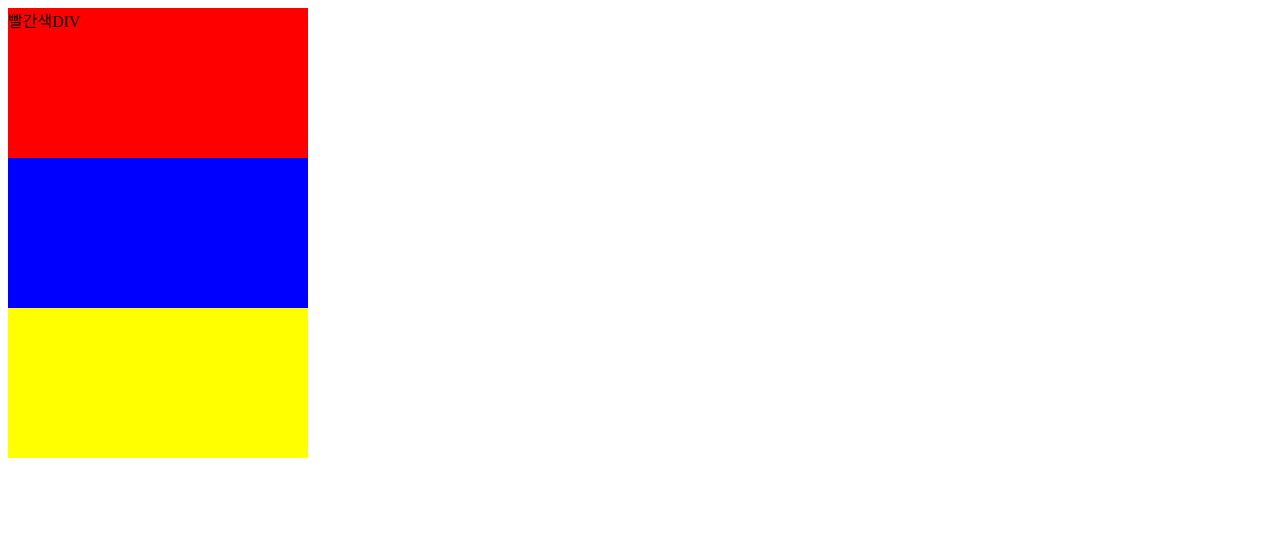
Repository: dron512/jspsogo
Page: http://localhost/ex0316/d.jsp
The author's editor kept a copy of each file at every save. The page is drawn from the files as they stood at one save, then again after the next save.
The browser window is 1280 px wide. The pictures show the whole page.
The page is served by Tomcat 9.

Above is the page before, as saved 2022-03-16 07:02:19.

After the next save:
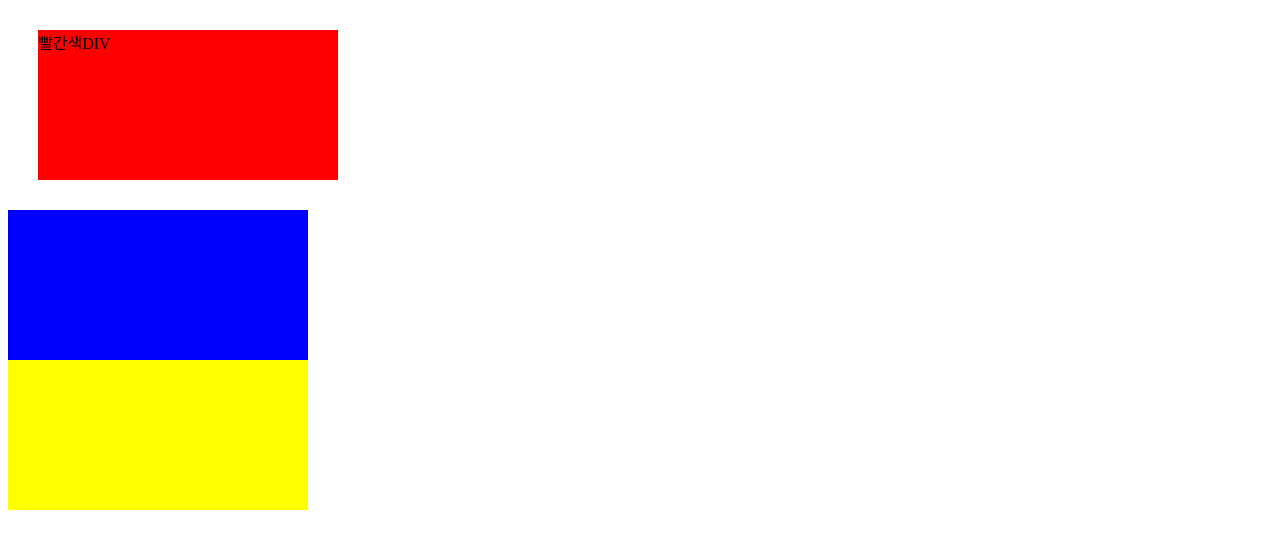
Saved 39 s later.
--- a/jsp_work2-1/ex0316/src/main/webapp/d.jsp
+++ b/jsp_work2-1/ex0316/src/main/webapp/d.jsp
@@ -6,7 +6,11 @@
 <title>Insert title here</title>
 <style type="text/css">
 	div{ width: 300px; height: 150px; }
-	#adiv{ background-color: red; }
+	#adiv{
+		background-color: red;
+		margin: 30px;
+
+	 }
 	#bdiv{ background-color: blue; }
 	#cdiv{ background-color: yellow; }
 </style>
